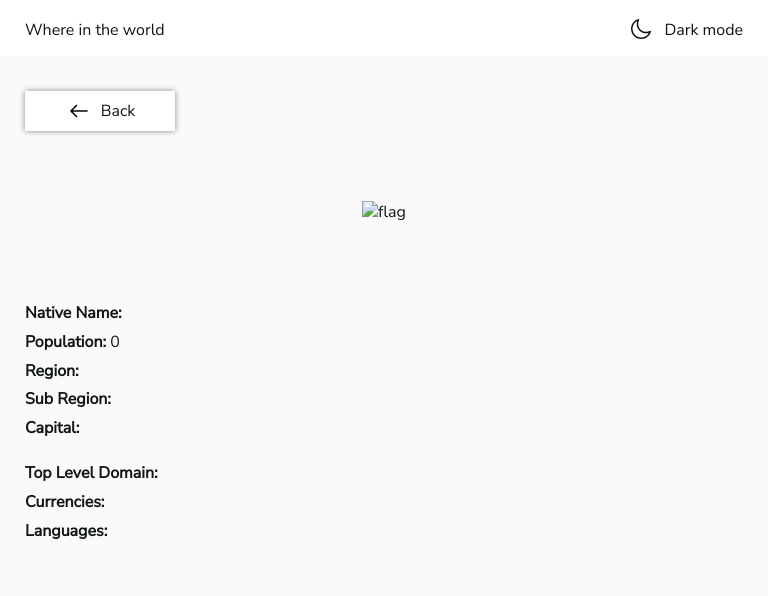
Repository: faithandjs/rest-countries-api
Page: /details
The author's editor kept a copy of each file at every save. The page is drawn from the files as they stood at one save, then again after the next save.
The browser window is 768 px wide. The pictures show the whole page.
The page's requests for data from a server got no answer. The project was rebuilt for these pictures with package versions that can differ from the ones it lists, and the page was loaded fresh each time. No one was signed in, and anything a server would have sent is missing. Also part of the build but not shown: src/components/home.tsx.

Above is the page before, as saved 2022-04-16 16:05:36.

### src/App.tsx
import React, {useContext} from 'react';
import Home from './components/home';
import Details from './components/details';
import Nav from './components/nav';
import { Routes, Route } from "react-router-dom"
import Parent, {Wrapper} from './components/parent'

function App() {
  return (
    <div className='app light' style={{height: '100%', width: '100%'}}>
      <Parent>
        <Nav/>
        <Routes >
          <Route path='/' element={<Home/>}/>
          <Route path='details' element={<Details/>}/>
        </Routes>
      </Parent>
    </div>
  );
}

export default App;

### src/components/details.tsx
import React, {useContext} from 'react';
import { useEffect } from 'react';
import { useState } from 'react';
import { Link } from "react-router-dom";
import {Wrapper} from './parent';
import {arrItem, contextType, detailsType} from './type'

//create state that is part of the redux ish that can be updated on click to
//1. change light and dark icons
//3. set paths and alt texts
function Details() {
    const {data, details, currentIcons, settingDetails } = useContext(Wrapper) as contextType
    const [lang, setLang] = useState<any[]>([])

    useEffect(
        ()=>{
            let arr:any[] = []
                Object.entries(details.languages).forEach(([key, value], index) => {
                arr.push(value)
        })
            setLang(arr)
        }, [details]
    )
    const borderClick = (testName:string) => {
        data.map((item )=> {
            if (item.name.common === testName){
                settingDetails(item)
            }
        })
    }
    const borderCheck = () => {
        if (details.borders.length === 0 || details.borders === undefined){
            return null
        }else{
            return(
            <div className='border'>
                <span className='border-title'>border countries: </span>
                <div className='borders'>
                    {details.borders.map((item, index) => {

                    return <span onClick={() => borderClick(item) }>{item }</span>
                        })}
                </div>
            </div>)
        }
    }
    return (
        <div className='details '>
            <Link to='/'><div className='back'><img src={currentIcons.arrow} alt='left arrow, back icon'/> <span>Back</span></div></Link>
            <div className='content '>
                <div className='flag'><img src={details.flag} alt='flag'/></div>
                <div className='moreContent'>
                    <div className='name'>{details.name} </div>
                    <div className='lists'>
                        <ul>
                            <li><span>Native name: </span>{details.nativeName}</li>
                            <li><span>Population: </span>{details.population}</li>
                            <li><span>region: </span>{details.region}</li>
                            <li><span>sub region: </span>{details.subRegion}</li>
                            <li><span>capital: </span>{details.capital}</li>
                        </ul>
                        <ul>
                            <li><span>top level domain: </span>{details.tld}</li>
                            <li><span>currencies: </span>{details.currencies.map((item, index) => {
                                    if(index === 0){
                                        return `${item}`
                                    }else{
                                        return `, ${item}`
                                    }
                                })}</li>
                            <li><span>languages: </span>
                                {lang.map((item, index) => {
                                    if(index === 0){
                                        return `${item}`
                                    }else{
                                        return `, ${item}`
                                    }
                                })}
                            </li>

                        </ul>
                    </div>
                    {borderCheck()}
                </div>
            </div>
        </div>
    );
}

export default Details;

### src/components/nav.tsx
import React, {useContext} from 'react';
import {Wrapper} from './parent';
import {contextType, currentIconsType} from './type'

function Nav() {
    const { currentIcons, changeClasses } = useContext(Wrapper) as contextType
//console.log(currentIcons)
    return (
        <div className='navbar'>
            <div>Where in the world</div>
            <div onClick={() => changeClasses()} className='mode-box'>
                <img src={currentIcons.src} alt='mode icon' />
                <span>Dark mode</span>
            </div>
        </div>
    );
}

export default Nav;

### src/components/parent.tsx
import React, { createContext, useRef, useState, useEffect, useMemo, Props, ClassAttributes } from 'react';
import arrowWhite from './images/next.png'
import arrowBlack from './images/next (1).png'
import mode from './images/sleep-mode (1).png'
import modeFill from './images/sleep-mode (2).png'
import {arrItem, contextType, detailsType, items, currentIconsType} from './type'

export const Wrapper = createContext<contextType | null>(null)
const { Provider } = Wrapper
const Parent: React.FC<React.ReactNode> =({children}) => {
    const axios = require('axios').default;
    const [data, setData] = useState<arrItem[]>([])
    const modeIcons = {
        dark: {
            mode: modeFill,
            arrow: arrowWhite,
            text: 'Dark Mode'
        },
        light: {
            mode: mode,
            arrow: arrowBlack,
            text: 'Light Mode'
        }
    }
    const [details, setDetails] = useState<detailsType>(
        {
        flag: '',
        name: '',
        nativeName: '',
        population: 0,
        region: '',
        subRegion: '',
        capital: [],
        tld: [],
        currencies: [],
        languages: {},
        borders: []
    })

    const getLSD = localStorage.getItem('countries-data-details')
    const getLS = localStorage.getItem('countries-data')
    const passed = useRef<boolean>(false)
    const passed1 = useRef<boolean>(false)
    const native = useRef<string>('')
    const currency = useRef<string[]>([])
    const [currentIcons, setCurrentIcons] = useState<currentIconsType>({
        src: modeIcons.light.mode,
        arrow: modeIcons.light.arrow,
        text:  modeIcons.light.text
    })
    const changeClasses = () => {
        const box = document.querySelector('.app')?.classList
        if(document.querySelector('.light')){
             box?.add('dark')
             box?.remove('light')
             setCurrentIcons({
                src: modeIcons.dark.mode,
                arrow: modeIcons.dark.arrow,
                text:  modeIcons.dark.text
             })
        }else if(document.querySelector('.dark' )){
            setCurrentIcons({
                src: modeIcons.light.mode,
                arrow: modeIcons.light.arrow,
                text:  modeIcons.light.text
             })
            box?.add('light')
            box?.remove('dark')
        }
     }
    const settingDetails = (obj:arrItem) => {
        data.map((item, index) => {
            if (item.name.common === obj.name.common){
            const active = data[index]
            const nativeNames = active.name.nativeName;
            Object.entries(nativeNames).forEach(([key, value], index) => {
                if (index === (Object.keys(nativeNames).length - 1)){
                    native.current = value.common
                }
              });
            let arr:string[] = []
            Object.entries(active.currencies).forEach(([key, value], index) => {
                arr.push(value.name)
            });
            let arr2:string[] = []
            if (active.borders){
                active.borders.map(item => {
                    let item1 = item
                    data.map(item => {
                        if (item.cca3 === item1){
                            arr2.push(item.name.common)
                        }
                    })
                })
            }
            setDetails({
                flag: active.flags.svg,
                name: active.name.common,
                nativeName: native.current,
                population: active.population,
                region: active.region,
                subRegion: active.subregion,
                capital: active.capital,
                tld: active.tld,
                currencies: arr,
                languages: active.languages,
                borders: arr2
            })
            }
        })

    }

    useEffect(
        () => {
            if(!passed.current){
                console.log(passed, 'lsd')
                if(  getLSD   ){
                    console.log(getLSD,JSON.parse(getLSD!).name !== '')
                    if(JSON.parse(getLSD!).name !== ''){
                        setDetails(JSON.parse(getLSD!))
                        console.log('here')
                    }
                }
            }
        },[]
    )
    useEffect(
        () => {
            if(passed.current){localStorage.setItem('countries-data-details', JSON.stringify(details))}
        }
    , [details])
    useEffect(
        () => {
            if(!passed.current){

            console.log(passed, 'ls')
                if( getLS === 'undefined' || getLS === null || getLS === '[]'){
                axios.get('https://restcountries.com/v3.1/all')
                .then(function (response:any) {
                    setData(response.data)
                })
                .catch(function (error:any) {
                    console.log(error);
                  })
                }else{
                    setData(JSON.parse(getLS))
                }
                passed.current = true;
            }
        }
            ,[])
    const value:contextType = useMemo(
        () => ({data, details, currentIcons, changeClasses, settingDetails})
        , [data, details, currentIcons, changeClasses, settingDetails]
    )
    return (
        <Provider value={value}>
           {children}
        </Provider>
    );
}
export default Parent;

### src/components/style/style.scss
@import url('https://fonts.googleapis.com/css2?family=Nunito+Sans&display=swap');
$DarkBlue: hsl(209, 23%, 22%); // (Dark Mode Elements)
$VeryDarkBlue: hsl(207, 26%, 17%); //(Dark Mode Background)
$VeryDark: hsl(200, 15%, 8%); //(Light Mode Text)
$DarkGray: hsl(0, 0%, 52%); //(Light Mode Input)
$VeryLightGray: hsl(0, 0%, 98%); // (Light Mode Background)
$White: hsl(0, 0%, 100%); //(Dark Mode Text & Light Mode Elements)
$shadow: 0px 0px 1px 0.2px ;
@mixin theme ($bg, $element, $text, $shadowColor) {
    //body{
    background: $bg;
    color: $text;
    //background: linear-gradient(45deg, $bg, $bg) repeat fixed center;
    //}

    .navbar{
        background-color: $element;
    }
    a:-webkit-any-link{
        color: $text;
    }
    .details{
        .borders span, .back{
            background-color: $element;
        }
        .borders span{
            box-shadow: 0px 0px 3px 0.1px $shadowColor;
        }
        .back{
            box-shadow: 0px 0px 6px 0.2px $shadowColor;
        }
    }
    .home{
        form{
            div{
                box-shadow: $shadow $shadowColor;
                input{
                    background-color: $element;
                    color: $text;
                }
                background-color: $element;
            }
            select{
                box-shadow: $shadow $shadowColor;
                background-color: $element;
                color: $text;
            }
        }
        .all-flags{
            .a-flag{
                background-color: $element;
                box-shadow: $shadow $shadowColor;
            }
        }
    }

}
.dark{
    @include theme($VeryDarkBlue, $DarkBlue , $White, $VeryDark)
}
.light{
    @include theme($VeryLightGray, $White , $VeryDark, $DarkGray )
}
.app{
    font-family: 'Nunito Sans', sans-serif;
    position: fixed;
    overflow: auto;
}
.navbar{
    display: flex;
    justify-content: space-between;
    padding: 15px 25px;
    align-items: baseline;
    /*position: fixed;
    top: 0;
    left: 0;*/
    img{
        width: 20px;
        padding: 0 13px 0 1px ;
        position: relative;
        top: 4px;
    }
    //color at the bottom?
    //also this part is diffrent from background
}
.details {
    padding: 0 25px 25px;
    font-weight: 300;
    .back{
        width: 150px;
        height: 40px;
        margin: 35px 0 45px 0;
        text-align: center;
        display: flex;
        justify-content: center;
        align-items: center;
        img{
            transform: rotate(180deg) scale(0.15);
        }
        span{
            position: relative;
            left: -50px;
        }
        img, span{
            padding: 0 4px;
        }
    }
    .content{
        display: flex;
        //align-items: baseline;
        .flag{
            img{
                width: 400px;
                margin-right:100px;
            }
        }
        .moreContent{
            ul span, .border-title{
                font-weight: 600;
                text-transform: capitalize;
            }
            .name{
                font-weight: 800;
                font-size: 30px;
            }
            .lists{
                display: flex;
                justify-content: space-between;
                line-height: 1.8;
                padding: 15px 0 45px;
                ul{
                    list-style-type: none;
                    padding-inline-start: 0;
                    padding-right: 20px;
                }
            }
            .border{
                display: flex;
                align-items: baseline;
                border: 0;
                .border-title{
                    white-space: nowrap;
                }
                .borders{
                    display: flex;
                    flex-wrap: wrap;
                    span{
                        min-width: 100px;
                        margin: 0 10px 15px;
                        padding: 7px 12px;
                        text-align: center;
                    }
                }
            }
        }
    }
}
/*.details, .content, .moreContent, .border{
    width: 100%;
}*/
a:-webkit-any-link {
    text-decoration: none;
}
.mode-box:hover, select:hover, .border div:hover{
    cursor: pointer;
 }
.home{
    form{
        display: flex;
        justify-content: space-between;
        padding: 35px 25px 45px;
        input, select{
            outline: 0;
        }
        div{
            width: 300px;
            padding: 15px 7px;
            display: flex;
            border-radius: 4px;
            img{
                width: 17px;
                padding: 0 10px;
            }
            input{
                border: 0;
            }
        }
        select{
            border-radius: 4px;
            width: 130px;
            border: 0;
            padding: 15px 7px;
        }
    }
        margin: 0 25px;
    .all-flags{
        display: flex;
        flex-wrap: wrap;
        justify-content: space-around;
        .a-flag{
            margin: 0 15px 35px;
            //padding: 10px;
            width: 280px;
            height: 330px;
            border-radius: 7px;
            .flag-box{
                height: 170px;
                width: 100%;
                img{
                    width: -webkit-fill-available;
                    height: 100%;
                    object-fit: fill;
                    border-top-left-radius: 7px;
                    border-top-right-radius: 7px;
                }
            }
            .text{
                padding: 0 6px;
                span{
                    text-transform: capitalize;
                    font-weight: bold;
                }
            }
        }
    }//0px 0px 4px 0.3px hsl(200deg 15% 8%) box shadow
}
@media screen and (max-width: 768px) {
    .details{
        .content{
            display: block;

            .flag {
                text-align: center;
                img{
                    margin: 25px 0 45px;
                    padding: 0;
                    width: 600px;
                }
            }
            .moreContent{
                .lists{
                    display: block;
                }
            }
        }
    }
}

Loaded but not shown: src/index.tsx (common file); src/index.css (common file); src/reportWebVitals.ts (common file)

After the next save:
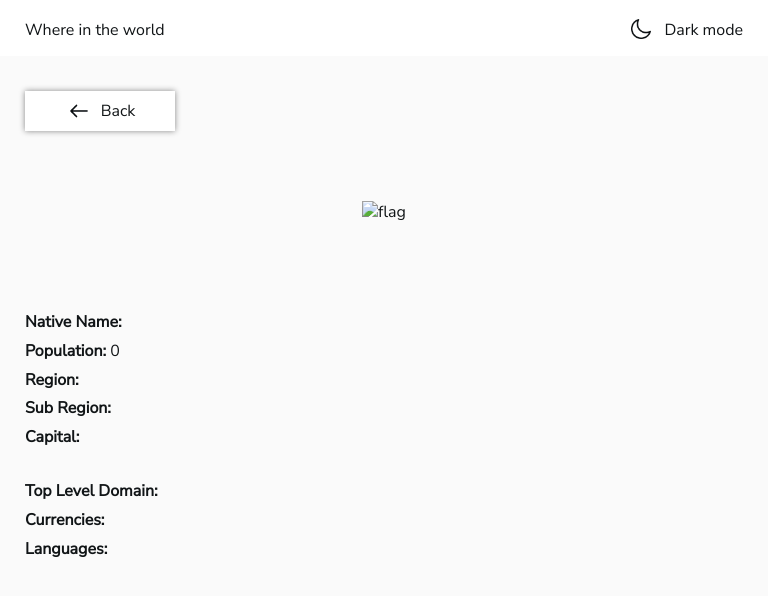
Saved 58 s later.
--- a/src/components/style/style.scss
+++ b/src/components/style/style.scss
@@ -240,8 +240,11 @@ a:-webkit-any-link {
             .moreContent{
                 .lists{
                     display: block;
-                }
-            }
-        }
-    }
-}
+                    ul{
+                        margin: 25px 0;
+                    }
+                }
+            }
+        }
+    }
+}
